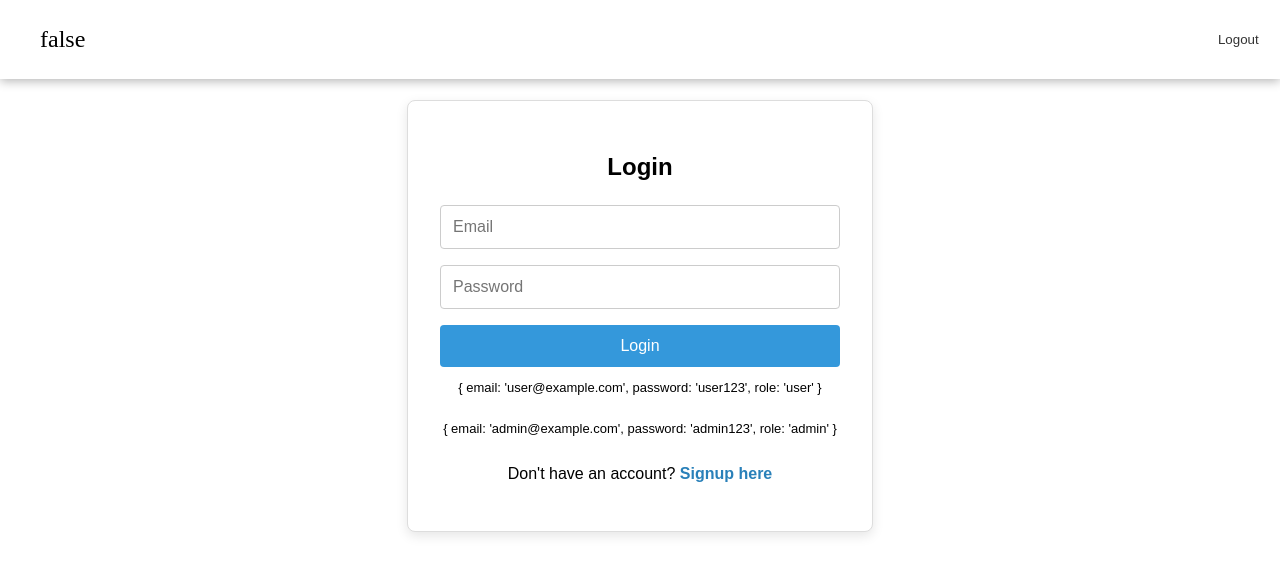
Repository: Edmund-Kiama/todoPHP
Page: / (app in task-manager-frontend/)
These files come from the project's save history. The page is drawn as it stood at one moment and after the next save; the edit follows.
The browser window is 1280 px wide. The pictures show the whole page.
The project was rebuilt for these pictures with package versions that can differ from the ones it lists, and the page was loaded fresh each time. Also part of the build but not shown: task-manager-frontend/vite.config.js, task-manager-frontend/src/components/Admin/admin.css, task-manager-frontend/src/components/Admin/AdminDashboard.vue, task-manager-frontend/src/components/User/user.css, task-manager-frontend/src/components/User/UserDashboard.vue, task-manager-frontend/src/components/Auth/signup.css, task-manager-frontend/src/components/Auth/Signup.vue.

Above is the page before, as saved 2025-07-13 11:30:51.
Console error: ReferenceError: storedUser is not defined

After the next save:
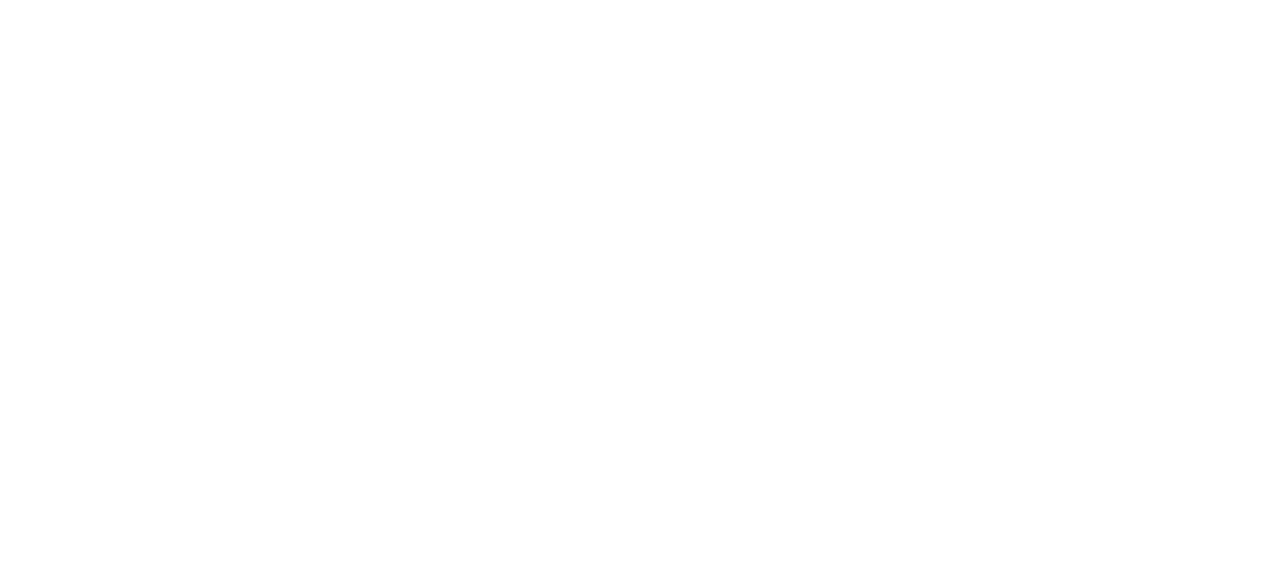
Console error: TypeError: Cannot read properties of undefined (reading 'role')
Saved 18 s later.
--- a/task-manager-frontend/src/components/Navbar/Navbar.vue
+++ b/task-manager-frontend/src/components/Navbar/Navbar.vue
@@ -41,8 +41,8 @@
   <nav  class="navbar">
     <ul>
       <li>{{ store.user.loggedIn }}</li>
-      <!-- <li v-if="storedUser.user.role === 'user'">User Dashboard</li>
-      <li v-if="storedUser.user.role === 'admin'">Admin Dashboard</li> -->
+      <li v-if="store.user.user.role === 'user'">User Dashboard</li>
+      <li v-if="store.user.user.role === 'admin'">Admin Dashboard</li>
       <li><button @click="logout">Logout</button></li>
     </ul>
   </nav>

After the save that followed:
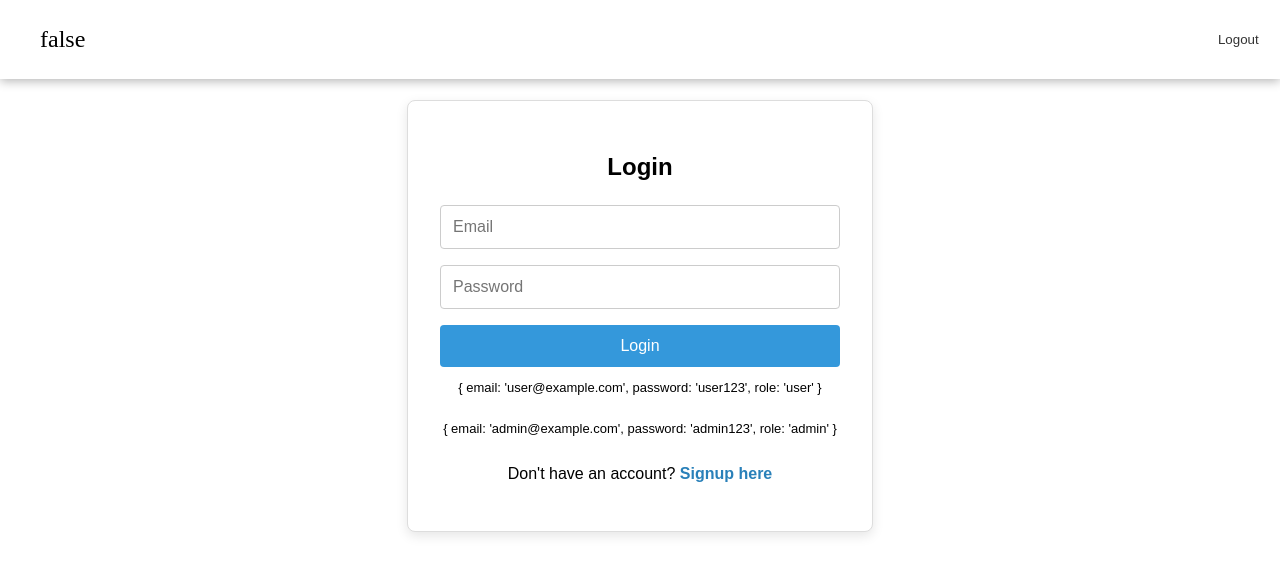
Console error: ReferenceError: storedUser is not defined
Saved 13 s later.
--- a/task-manager-frontend/src/components/Navbar/Navbar.vue
+++ b/task-manager-frontend/src/components/Navbar/Navbar.vue
@@ -41,8 +41,8 @@
   <nav  class="navbar">
     <ul>
       <li>{{ store.user.loggedIn }}</li>
-      <li v-if="store.user.user.role === 'user'">User Dashboard</li>
-      <li v-if="store.user.user.role === 'admin'">Admin Dashboard</li>
+      <li v-if="store.user.role === 'user'">User Dashboard</li>
+      <li v-if="store.user.role === 'admin'">Admin Dashboard</li>
       <li><button @click="logout">Logout</button></li>
     </ul>
   </nav>
